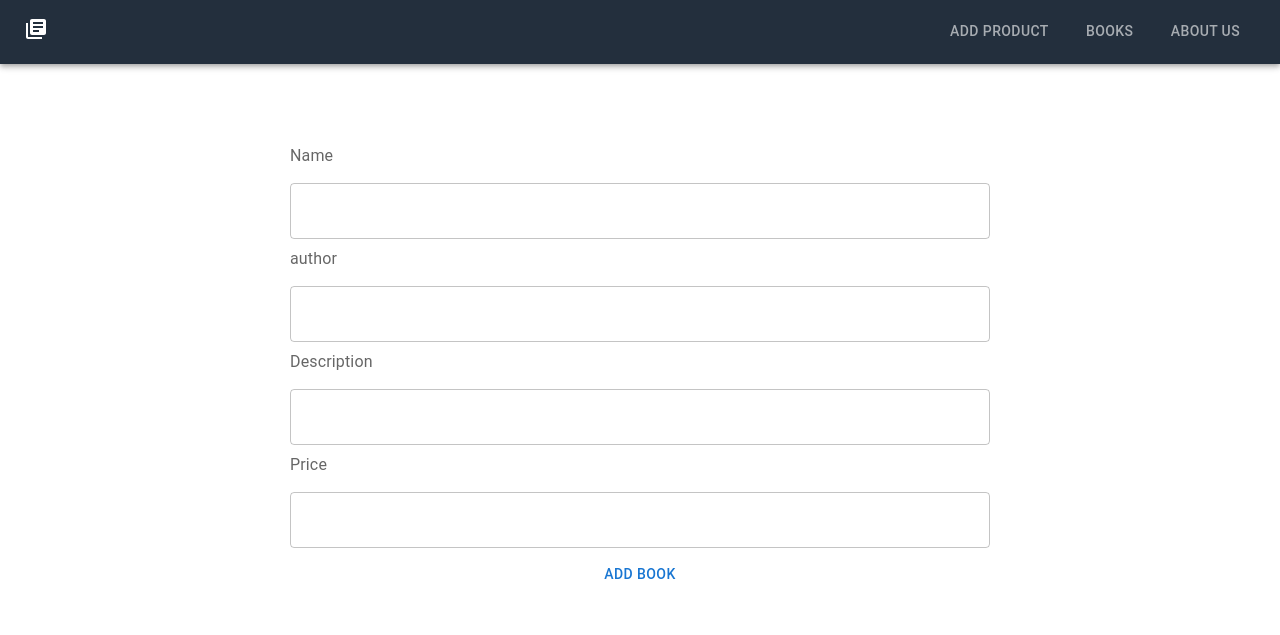
Repository: CydexCode/Book_Store_App-MERN-Stack
Page: /add (app in book-store/)
The author's editor kept a copy of each file at every save. The page is drawn from the files as they stood at one save, then again after the next save.
The browser window is 1280 px wide. The pictures show the whole page.
The project was rebuilt for these pictures with package versions that can differ from the ones it lists, and the page was loaded fresh each time. Also part of the build but not shown: book-store/src/components/Home.js, book-store/src/components/Book/Book.css, book-store/src/components/Book/Book.js, book-store/src/components/Book/Books.js, book-store/src/components/About.js.

Above is the page before, as saved 2022-09-08 13:32:53.

### book-store/src/index.js
import React from 'react';
import ReactDOM from 'react-dom/client';
import './index.css';
import App from './App';
import { BrowserRouter } from 'react-router-dom';


const root = ReactDOM.createRoot(document.getElementById('root'));
root.render(
  <BrowserRouter>
  <React.StrictMode>
    <App />
  </React.StrictMode>
  </BrowserRouter>
);

// If you want to start measuring performance in your app, pass a function
// to log results (for example: reportWebVitals(console.log))
// or send to an analytics endpoint. Learn more: https://bit.ly/CRA-vitals

### book-store/src/index.css
/*body {
  margin: 0;
  font-family: -apple-system, BlinkMacSystemFont, 'Segoe UI', 'Roboto', 'Oxygen',
    'Ubuntu', 'Cantarell', 'Fira Sans', 'Droid Sans', 'Helvetica Neue',
    sans-serif;
  -webkit-font-smoothing: antialiased;
  -moz-osx-font-smoothing: grayscale;
}

code {
  font-family: source-code-pro, Menlo, Monaco, Consolas, 'Courier New',
    monospace;
} */

*{
  padding: 0;
  margin: 0;
}

### book-store/src/App.js
import React  from "react";
import Header from "./components/Header";
import { Route ,Routes } from 'react-router-dom';
import Home from "./components/Home";
import AddBook from "./components/AddBook";
import Books from "./components/Book/Books";
import About from "./components/About";


function App() {
  return (

   <React.Fragment>
    <header>
    <Header />
    </header>
    <main>
      <Routes>
        <Route path="/" element={<Home />} exact />
        <Route path="/add" element={<AddBook />} exact />
        <Route path="/books" element={<Books />} exact />
        <Route path="/about" element={<About />} exact />
      </Routes>
    </main>
    </React.Fragment>
  );
}

export default App;

### book-store/src/components/Header.js
import React, { useState } from 'react';
import { AppBar, Tab, Tabs, Toolbar, Typography } from "@mui/material";
import LibraryBooksIcon from '@mui/icons-material/LibraryBooks';
import { NavLink} from 'react-router-dom';
const Header = () => {
    const [value, setValue] = useState();
  return (
    <div>
      <AppBar sx={{ backgroundColor:"#232F3D"}} position='sticky'>
<Toolbar>
<Typography>
            <LibraryBooksIcon />
            </Typography>

            <Tabs sx={{ml:"auto"}} textColor="inherit" indicatorColor="secondary" value={value} onChange={(e,val) =>setValue(val)}>
                <Tab LinkComponent={NavLink} to="/add" label="Add product" />
                <Tab  LinkComponent={NavLink} to="/books" label="Books" />
                <Tab  LinkComponent={NavLink} to="/about" label="About Us" />
            </Tabs>

</Toolbar>
      </AppBar>
    </div>
  );
};

export default Header;

### book-store/src/components/AddBook.js
import { Button, FormLabel, TextField } from '@mui/material';
import { Box } from '@mui/system';
import React from 'react';

const AddBook = () => {
  return (
<form>
    <Box display='flex' flexDirection='column' justifyContent={'center'} maxWidth={700} alignContent={'center'} alignSelf='center' marginLeft={"auto"} marginRight='auto' marginTop={10}>
    <FormLabel>Name</FormLabel>
<TextField margin='normal' fullWidth variant='outlined' name='name'/>
<FormLabel>author</FormLabel>
<TextField margin='normal' fullWidth variant='outlined' name='author'/>
<FormLabel>Description</FormLabel>
<TextField margin='normal' fullWidth variant='outlined' name='description'/>
<FormLabel>Price</FormLabel>
<TextField type="number" margin='normal' fullWidth variant='outlined' name='price'/>

<Button type='submit'>Add Book</Button>

</Box>

  </form>

  ) ;
};

export default AddBook;

Loaded but not shown: book-store/public/index.html (common file)

After the next save:
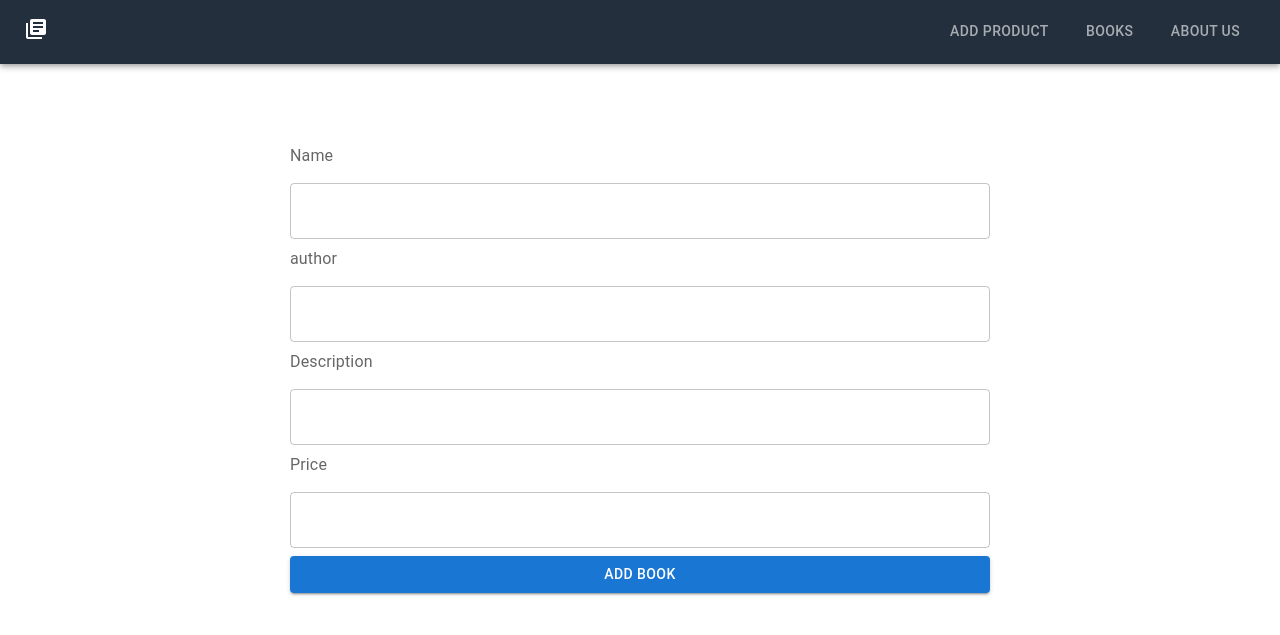
Saved 39 s later.
--- a/book-store/src/components/AddBook.js
+++ b/book-store/src/components/AddBook.js
@@ -15,7 +15,7 @@ const AddBook = () => {
 <FormLabel>Price</FormLabel>
 <TextField type="number" margin='normal' fullWidth variant='outlined' name='price'/>
 
-<Button type='submit'>Add Book</Button>
+<Button variant='contained' type='submit'>Add Book</Button>
 
 </Box>
 
